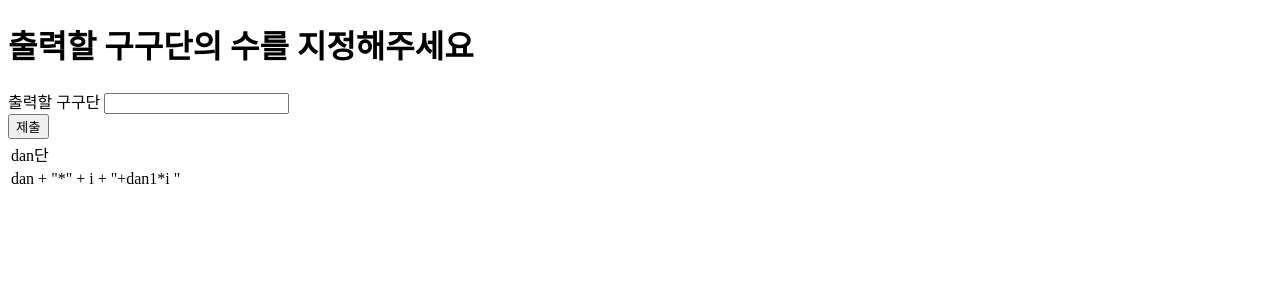
Repository: song-tata/jsp_servlet
Page: chap06/webContants/dan.html
The author's editor kept a copy of each file at every save. The page is drawn from the files as they stood at one save, then again after the next save.
The browser window is 1280 px wide. The pictures show the whole page.

Above is the page before, as saved 2023-05-18 07:28:33.

### chap06/webContants/dan.html
<!DOCTYPE html>
<html>
<head>
<meta charset="EUC-KR">
<title>Insert title here</title>
</head>
<body>
	<h1>출력할 구구단의 수를 지정해주세요</h1>
	<form action="gugu" name="form">
		<label for="dantext">출력할 구구단</label> <input type="text" id="dantext"
			name="dantext"> <br>
		<button type="submit">제출</button>
	</form>

	<table>
	<tbody>
		<tr>
			<td>dan단</td>
		</tr>
		<tr>
			<td>dan + "*" + i +</td>
			<td>"+dan1*i "</td>
		</tr>
		</tbody>
	</table>
</body>
</html>

After the next save:
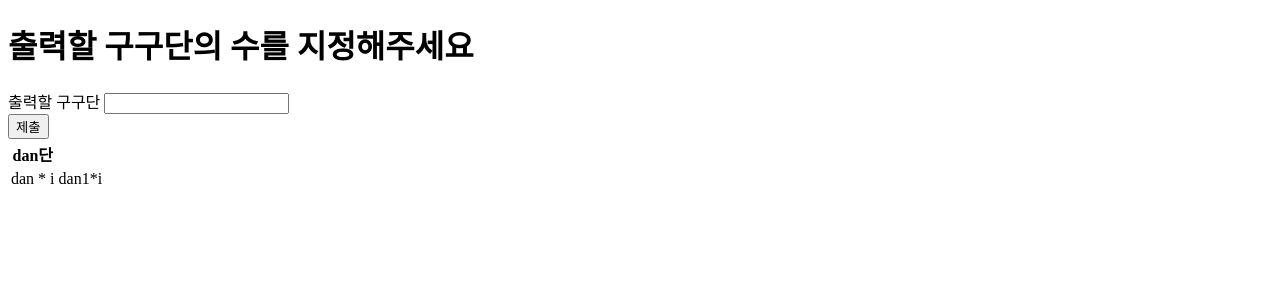
Saved 2 min 58 s later.
--- a/chap06/webContants/dan.html
+++ b/chap06/webContants/dan.html
@@ -13,14 +13,14 @@
 	</form>
 
 	<table>
-	<tbody>
-		<tr>
-			<td>dan단</td>
-		</tr>
-		<tr>
-			<td>dan + "*" + i +</td>
-			<td>"+dan1*i "</td>
-		</tr>
+		<tbody>
+			<tr>
+				<th>dan단</th>
+			</tr>
+			<tr>
+				<td>dan * i </td>
+				<td>dan1*i</td>
+			</tr>
 		</tbody>
 	</table>
 </body>
